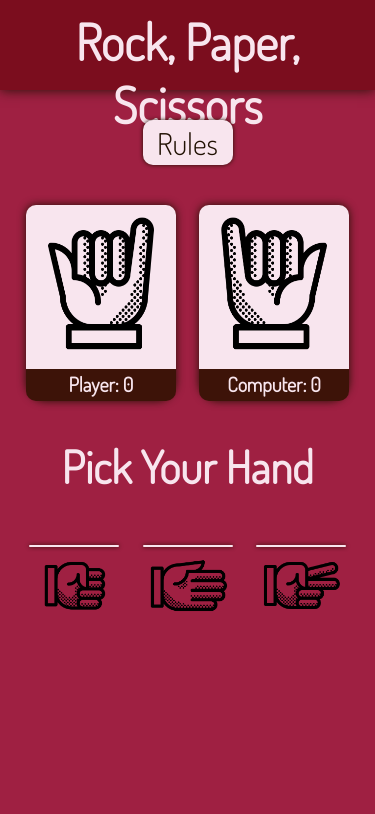
Repository: shayanabedi98/rock-paper-scissors
Page: index.html
These files come from the project's save history. The page is drawn as it stood at one moment and after the next save; the edit follows.
The browser window is 375 px wide. The pictures show the whole page.

Above is the page before, as saved 2023-07-21 13:48:03.

After the next save:
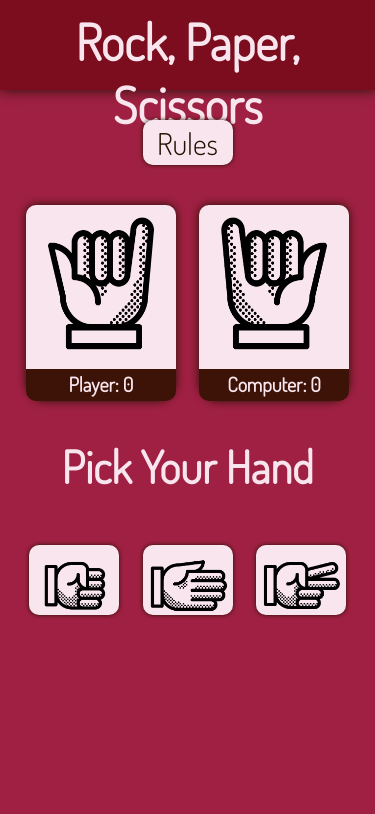
Saved 7 s later.
--- a/styles.css
+++ b/styles.css
@@ -254,7 +254,7 @@ h1 {
 
     .btn {
         width: 90px !important;
-        height: 0px !important;
+        height: 70px !important;
     }
 
     .btn img {
